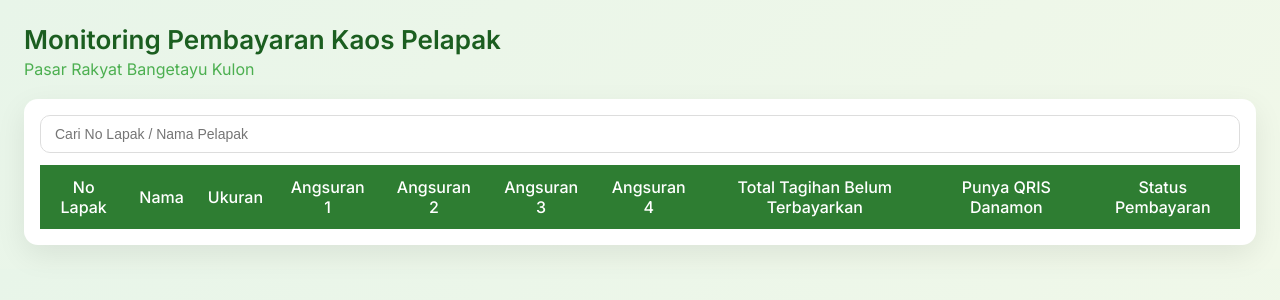
Repository: pasarrakyatbak/monitoringpembayarankaos
Page: index.html
These files come from the project's save history. The page is drawn as it stood at one moment and after the next save; the edit follows.
The browser window is 1280 px wide. The pictures show the whole page.
The page's requests for data from a server got no answer.

Above is the page before, as saved 2026-01-04 13:44:48.

### index.html
<!DOCTYPE html>
<html lang="id">

<head>
    <meta charset="UTF-8">
    <meta name="viewport" content="width=device-width, initial-scale=1.0">
    <title>Monitoring Kaos Pelapak</title>

    <!-- Font -->
    <link rel="preconnect" href="https://fonts.googleapis.com">
    <link rel="preconnect" href="https://fonts.gstatic.com" crossorigin>
    <link href="https://fonts.googleapis.com/css2?family=Inter:wght@400;500;600&display=swap" rel="stylesheet">

    <link rel="stylesheet" href="style.css">
</head>

<body>

    <div class="app">
        <header class="header">
            <h1>Monitoring Pembayaran Kaos Pelapak</h1>
            <p>Pasar Rakyat Bangetayu Kulon</p>
        </header>

        <div class="card">
            <div class="toolbar">
                <input type="text" id="searchInput" placeholder="Cari No Lapak / Nama Pelapak">
            </div>

            <table>
                <thead>
                    <tr>
                        <th>No Lapak</th>
                        <th>Nama</th>
                        <th>Ukuran</th>
                        <th>Angsuran 1</th>
                        <th>Angsuran 2</th>
                        <th>Angsuran 3</th>
                        <th>Angsuran 4</th>
                        <th>Total Tagihan Belum Terbayarkan</th>
                        <th>Punya QRIS Danamon</th>
                        <th>Status Pembayaran</th>
                    </tr>
                </thead>
                <tbody></tbody>
            </table>
        </div>
    </div>

    <script src="script.js"></script>
</body>

</html>

### style.css
* {
  box-sizing: border-box;
}

body {
  margin: 0;
  font-family: 'Inter', sans-serif;
  background: linear-gradient(135deg, #e8f5e9, #f1f8e9);
}

.app {
  padding: 24px;
}

.header h1 {
  margin: 0;
  font-size: 26px;
  font-weight: 600;
  color: #1b5e20;
}

.header p {
  margin-top: 4px;
  color: #4caf50;
}

.card {
  margin-top: 20px;
  background: #fff;
  border-radius: 14px;
  padding: 16px;
  box-shadow: 0 10px 30px rgba(0, 0, 0, 0.08);
  overflow-x: auto;
}

.toolbar {
  margin-bottom: 12px;
}

.toolbar input {
  width: 100%;
  padding: 10px 14px;
  border-radius: 10px;
  border: 1px solid #ddd;
  font-size: 14px;
}

.toolbar input:focus {
  outline: none;
  border-color: #2e7d32;
}

table {
  width: 100%;
  border-collapse: collapse;
}

th {
  background: #2e7d32;
  color: white;
  padding: 12px;
  font-weight: 500;
}

td {
  padding: 10px;
  text-align: center;
  border-bottom: 1px solid #eee;
}

tr:hover {
  background: #f9f9f9;
}

input[type="checkbox"] {
  width: 18px;
  height: 18px;
  accent-color: #2e7d32;
  cursor: pointer;
}

.status-lunas {
  color: #2e7d32;
  font-weight: 600;
}

.status-belum {
  color: #f57c00;
}

@media (max-width: 768px) {

  th,
  td {
    font-size: 12px;
    padding: 8px;
  }
}

### script.js
const API_URL = "https://script.google.com/macros/s/AKfycby4z2qZ24SrJkcyGpybH29lSUC_3_z1LG-7wSmTzpaOEXrwjXf0Cl3hqkg95qAxPj1-/exec";
let allData = [];

document.addEventListener('DOMContentLoaded', () => {
    const searchInput = document.getElementById('searchInput');
    const tbody = document.querySelector('tbody');

    async function loadData() {
        const res = await fetch(API_URL + "?action=list");
        const data = await res.json();
        allData = data;
        renderTable(data);
    }

    function renderTable(data) {
        tbody.innerHTML = '';
        data.forEach((row, index) => {
            const statusText = row.lunas ? 'Lunas' : 'Belum Lunas';
            const statusClass = row.lunas ? 'status-lunas' : 'status-belum';

            const tr = document.createElement('tr');
            tr.innerHTML = `
        <td>${row.noLapak}</td>
        <td>${row.nama}</td>
        <td>${row.ukuran}</td>
        <td>${row.a1}</td>
        <td>${row.a2}</td>
        <td>${row.a3}</td>
        <td>${row.a4}</td>
        <td>Rp ${row.total.toLocaleString('id-ID')}</td>
        <td>
          <input type="checkbox" ${row.qris ? 'checked' : ''} data-index="${index}">
        </td>
        <td class="${statusClass}">${statusText}</td>
      `;
            tbody.appendChild(tr);
        });
    }

    tbody.addEventListener('change', async (e) => {
        if (e.target.type === 'checkbox') {
            const index = e.target.dataset.index;

            const formData = new FormData();
            formData.append("action", "updateQRIS");
            formData.append("index", index);
            formData.append("qris", e.target.checked ? "true" : "false");

            await fetch(API_URL, {
                method: "POST",
                body: formData
            });

            loadData();
        }
    });

    searchInput.addEventListener('keyup', () => {
        const keyword = searchInput.value.toLowerCase();
        const filtered = allData.filter(item =>
            item.noLapak.toString().includes(keyword) ||
            item.nama.toLowerCase().includes(keyword)
        );
        renderTable(filtered);
    });

    loadData();
});

After the next save:
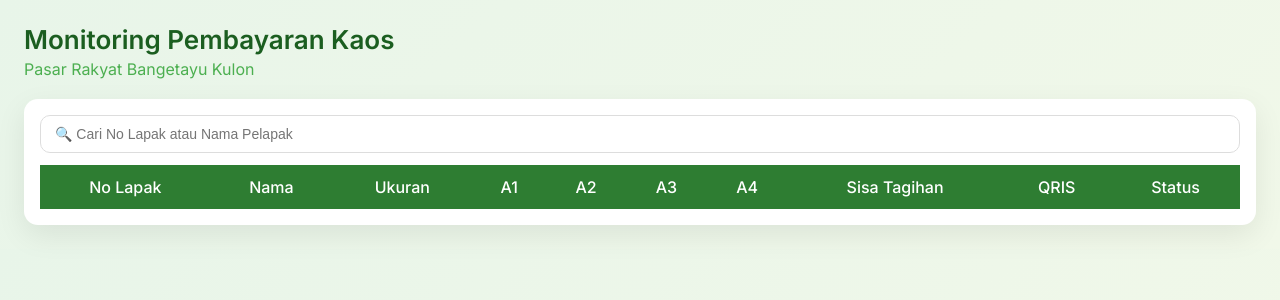
Saved 60 s later.
--- a/index.html
+++ b/index.html
@@ -15,36 +15,43 @@
 </head>
 
 <body>
+    <div class="app">
 
-    <div class="app">
         <header class="header">
-            <h1>Monitoring Pembayaran Kaos Pelapak</h1>
-            <p>Pasar Rakyat Bangetayu Kulon</p>
+            <div>
+                <h1>Monitoring Pembayaran Kaos</h1>
+                <p>Pasar Rakyat Bangetayu Kulon</p>
+            </div>
         </header>
 
         <div class="card">
             <div class="toolbar">
-                <input type="text" id="searchInput" placeholder="Cari No Lapak / Nama Pelapak">
+                <input type="text" id="searchInput" placeholder="🔍 Cari No Lapak atau Nama Pelapak">
             </div>
 
-            <table>
-                <thead>
-                    <tr>
-                        <th>No Lapak</th>
-                        <th>Nama</th>
-                        <th>Ukuran</th>
-                        <th>Angsuran 1</th>
-                        <th>Angsuran 2</th>
-                        <th>Angsuran 3</th>
-                        <th>Angsuran 4</th>
-                        <th>Total Tagihan Belum Terbayarkan</th>
-                        <th>Punya QRIS Danamon</th>
-                        <th>Status Pembayaran</th>
-                    </tr>
-                </thead>
-                <tbody></tbody>
-            </table>
+            <div class="table-wrapper">
+                <table>
+                    <thead>
+                        <tr>
+                            <th>No Lapak</th>
+                            <th>Nama</th>
+                            <th>Ukuran</th>
+                            <th>A1</th>
+                            <th>A2</th>
+                            <th>A3</th>
+                            <th>A4</th>
+                            <th>Sisa Tagihan</th>
+                            <th>QRIS</th>
+                            <th>Status</th>
+                        </tr>
+                    </thead>
+                    <tbody>
+                        <!-- Data dari JS -->
+                    </tbody>
+                </table>
+            </div>
         </div>
+
     </div>
 
     <script src="script.js"></script>
